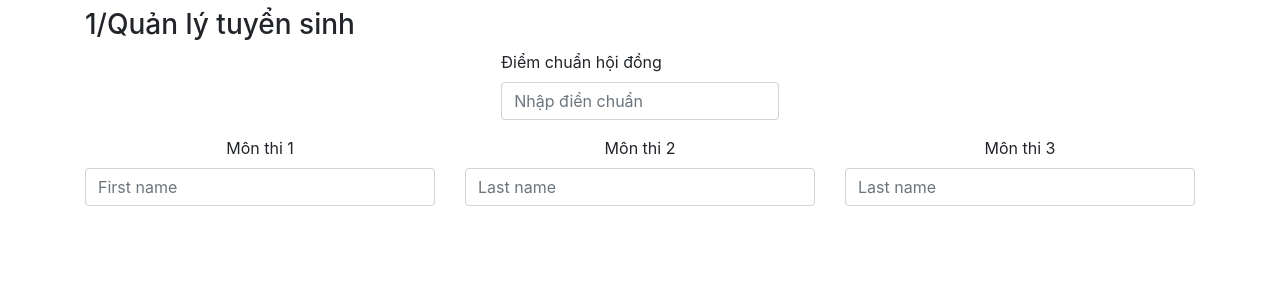
Repository: baobaodeveloper/bootcamp21__jsbasic4_HuynhAnhBao
Page: index.html
An editor plug-in stored every save of this project. The page is shown before and after the next save, followed by the edit.
The browser window is 1280 px wide. The pictures show the whole page.

Above is the page before, as saved 2022-03-13 17:34:46.

### index.html
<!DOCTYPE html>
<html lang="en">
  <head>
    <title>Exercise3</title>
    <!-- Required meta tags -->
    <meta charset="utf-8" />
    <meta
      name="viewport"
      content="width=device-width, initial-scale=1, shrink-to-fit=no"
    />

    <!-- Bootstrap CSS -->
    <link
      rel="stylesheet"
      href="https://stackpath.bootstrapcdn.com/bootstrap/4.3.1/css/bootstrap.min.css"
      integrity="sha384-ggOyR0iXCbMQv3Xipma34MD+dH/1fQ784/j6cY/iJTQUOhcWr7x9JvoRxT2MZw1T"
      crossorigin="anonymous"
    />
  </head>
  <body>
    <!-- 1/Quản lý tuyển sinh -->
    <div class="container mt-2">
      <h3>1/Quản lý tuyển sinh</h3>

      <div class="mb-3 w-25 m-auto">
        <label for="exampleFormControlInput1" class="score"
          >Điểm chuẩn hội đồng</label
        >
        <input
          type="email"
          class="form-control"
          id="exampleFormControlInput1"
          placeholder="Nhập điển chuẩn"
        />
      </div>

      <div class="row mt-3 text-center">
        <div class="col">
          <label class="score">Môn thi 1</label>
          <input type="text" class="form-control" placeholder="First name" />
        </div>
        <div class="col">
          <label class="score">Môn thi 2</label>
          <input type="text" class="form-control" placeholder="Last name" />
        </div>
        <div class="col">
          <label class="score">Môn thi 3</label>
          <input type="text" class="form-control" placeholder="Last name" />
        </div>
      </div>
    </div>
    <!-- Optional JavaScript -->
    <!-- jQuery first, then Popper.js, then Bootstrap JS -->
    <script
      src="https://code.jquery.com/jquery-3.3.1.slim.min.js"
      integrity="sha384-q8i/X+965DzO0rT7abK41JStQIAqVgRVzpbzo5smXKp4YfRvH+8abtTE1Pi6jizo"
      crossorigin="anonymous"
    ></script>
    <script
      src="https://cdnjs.cloudflare.com/ajax/libs/popper.js/1.14.7/umd/popper.min.js"
      integrity="sha384-UO2eT0CpHqdSJQ6hJty5KVphtPhzWj9WO1clHTMGa3JDZwrnQq4sF86dIHNDz0W1"
      crossorigin="anonymous"
    ></script>
    <script
      src="https://stackpath.bootstrapcdn.com/bootstrap/4.3.1/js/bootstrap.min.js"
      integrity="sha384-JjSmVgyd0p3pXB1rRibZUAYoIIy6OrQ6VrjIEaFf/nJGzIxFDsf4x0xIM+B07jRM"
      crossorigin="anonymous"
    ></script>

    <script src="exercise1.js"></script>
  </body>
</html>

Loaded but not shown: exercise1.js (no stored copy; drawn as an empty file)

After the next save:
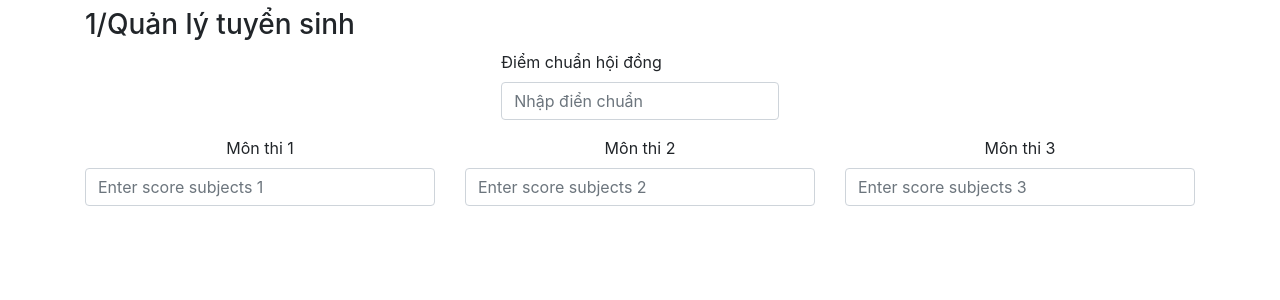
Saved 109 s later.
--- a/index.html
+++ b/index.html
@@ -37,15 +37,27 @@
       <div class="row mt-3 text-center">
         <div class="col">
           <label class="score">Môn thi 1</label>
-          <input type="text" class="form-control" placeholder="First name" />
+          <input
+            type="text"
+            class="form-control"
+            placeholder="Enter score subjects 1"
+          />
         </div>
         <div class="col">
           <label class="score">Môn thi 2</label>
-          <input type="text" class="form-control" placeholder="Last name" />
+          <input
+            type="text"
+            class="form-control"
+            placeholder="Enter score subjects 2"
+          />
         </div>
         <div class="col">
           <label class="score">Môn thi 3</label>
-          <input type="text" class="form-control" placeholder="Last name" />
+          <input
+            type="text"
+            class="form-control"
+            placeholder="Enter score subjects 3"
+          />
         </div>
       </div>
     </div>
